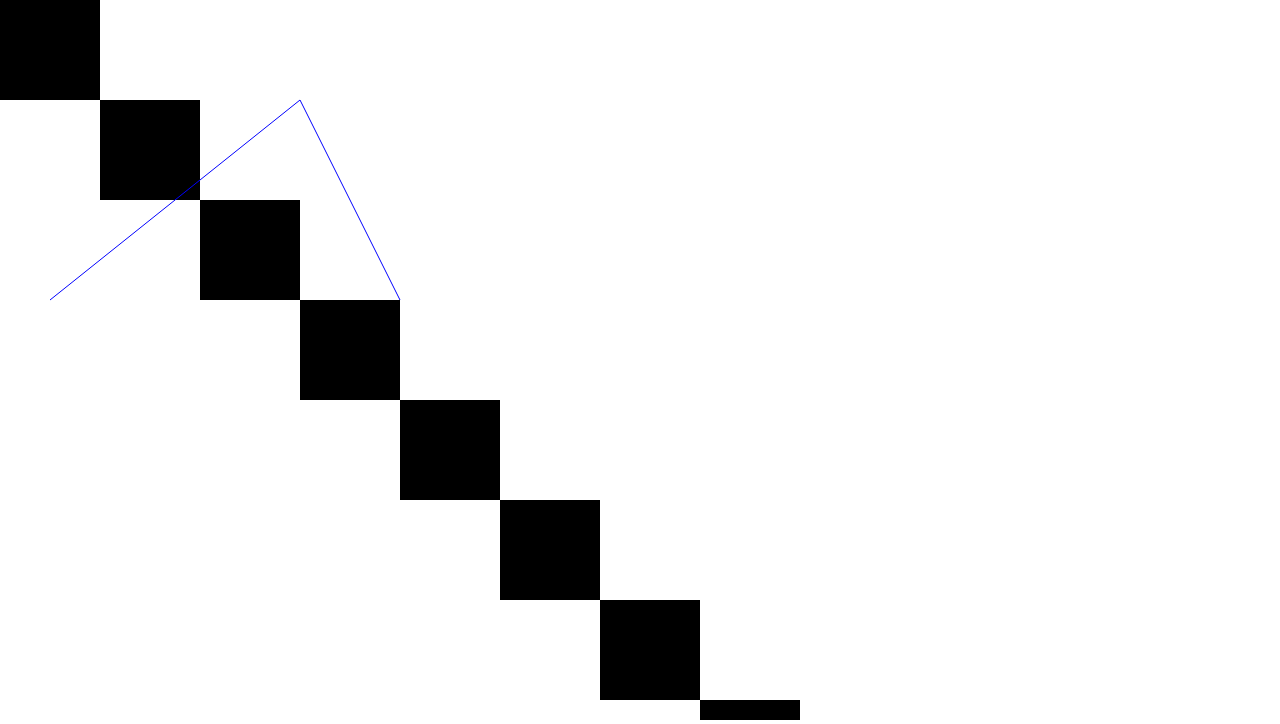
Repository: MikeTroianello/canvas-testing
Page: index.html
The author's editor kept a copy of each file at every save. The page is drawn from the files as they stood at one save, then again after the next save.
The browser window is 1280 px wide. The pictures show the whole page.

Above is the page before, as saved 2019-06-04 22:26:39.

### index.html
<!DOCTYPE html>
<html lang="en">
  <head>
    <meta charset="UTF-8" />
    <meta name="viewport" content="width=device-width, initial-scale=1.0" />
    <meta http-equiv="X-UA-Compatible" content="ie=edge" />
    <link rel="stylesheet" type="text/css" href="style.css" />
    <title>Canvas</title>
  </head>
  <body>
    <canvas></canvas>
    <script src="canvas.js"></script>
  </body>
</html>

### style.css
body {
  margin: 0;
}

/* canvas {
  border: 1px solid black;
} */

### canvas.js
var canvas = document.querySelector('canvas');
console.log(canvas);

canvas.width = window.innerWidth;
canvas.height = window.innerHeight;

var ctx = canvas.getContext('2d');

for (let i = 0; i < canvas.width; i++) {
  ctx.fillRect(i * 100, i * 100, 100, 100);
}

//Line

ctx.beginPath();
ctx.moveTo(50, 300);
ctx.lineTo(300, 100);
ctx.lineTo(400, 300);
ctx.strokeStyle = 'blue';
ctx.stroke();

After the next save:
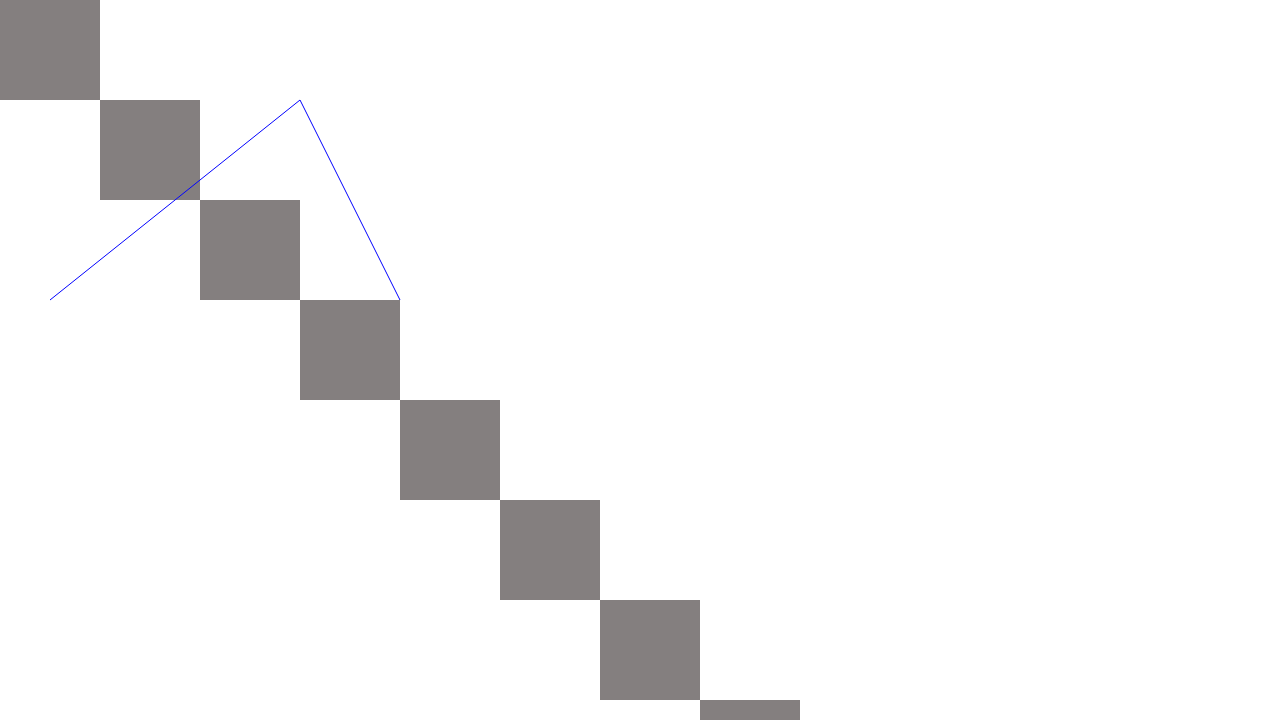
Saved 15 s later.
--- a/canvas.js
+++ b/canvas.js
@@ -6,6 +6,7 @@
 
 var ctx = canvas.getContext('2d');
 
+ctx.fillStyle = 'rgba(11, 0, 0, .5)';
 for (let i = 0; i < canvas.width; i++) {
   ctx.fillRect(i * 100, i * 100, 100, 100);
 }

After the save that followed:
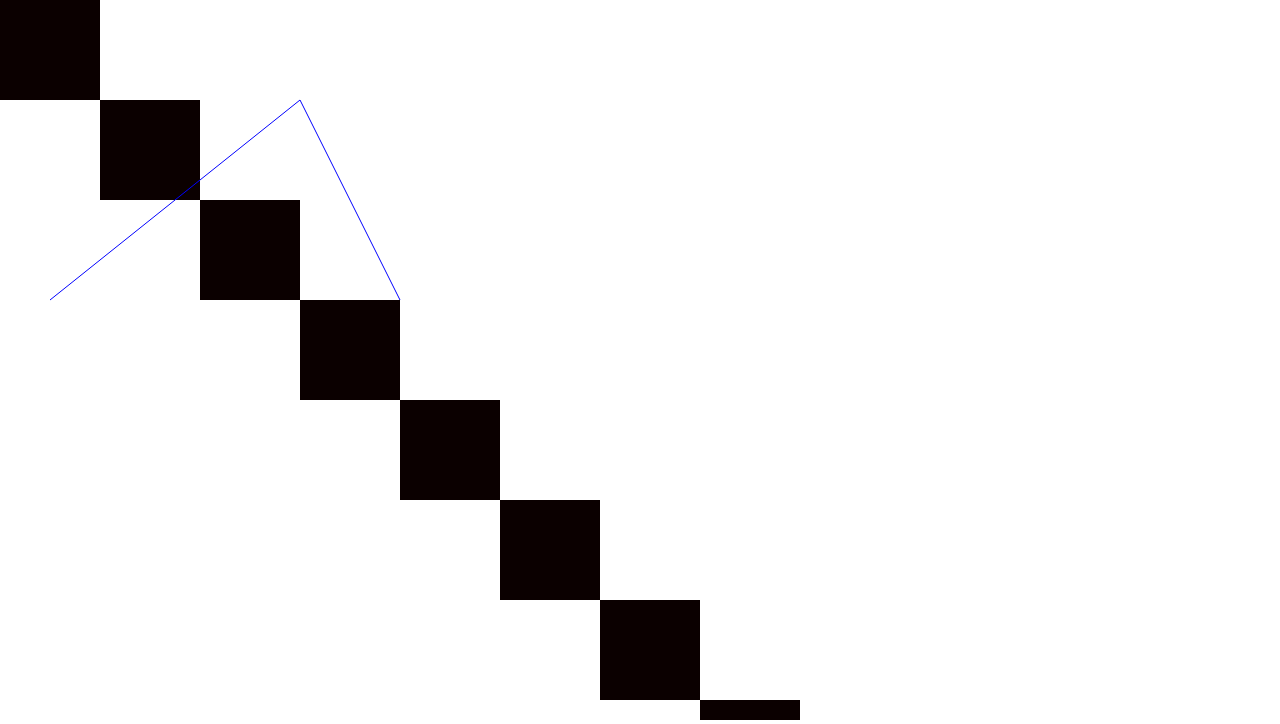
Saved 11 s later.
--- a/canvas.js
+++ b/canvas.js
@@ -6,8 +6,8 @@
 
 var ctx = canvas.getContext('2d');
 
-ctx.fillStyle = 'rgba(11, 0, 0, .5)';
 for (let i = 0; i < canvas.width; i++) {
+  ctx.fillStyle = `rgba(11, 0, 0, 1)`;
   ctx.fillRect(i * 100, i * 100, 100, 100);
 }
 
